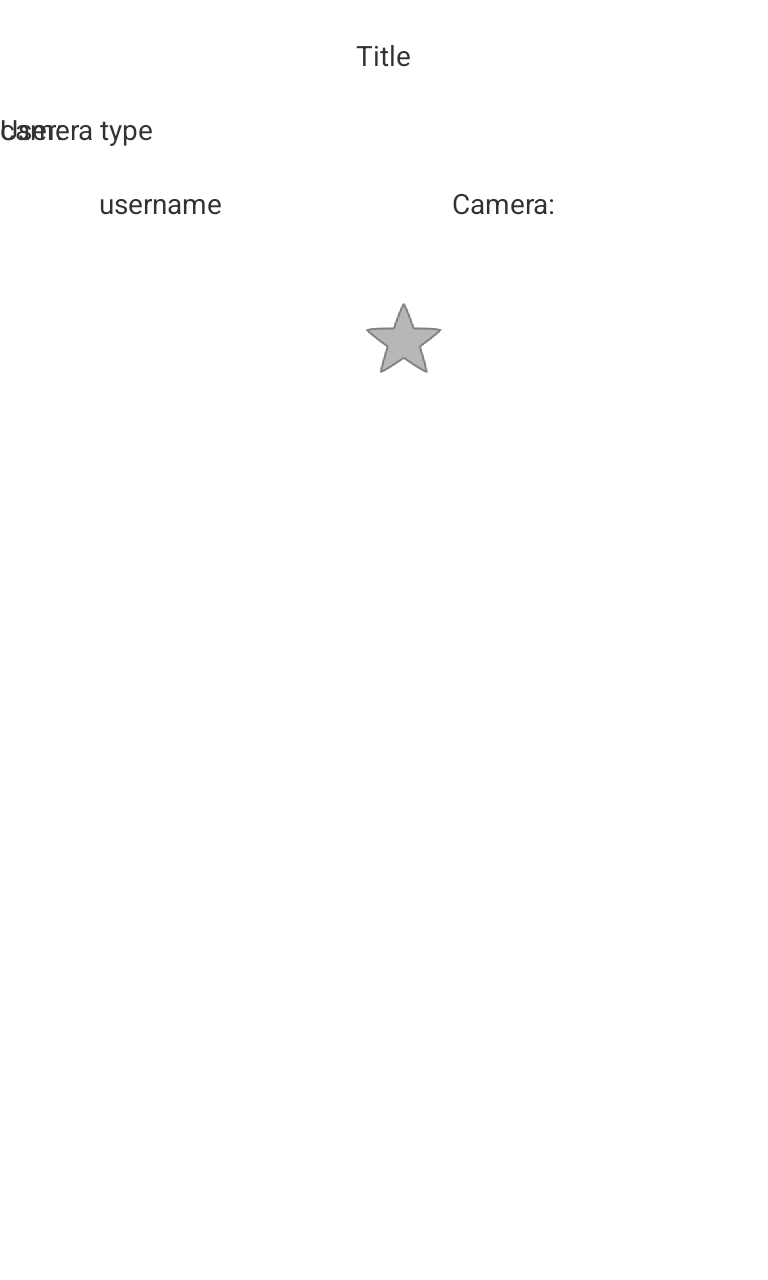
Repository: arianaantonio/Java2_Antonio
Layout: SpaceImageViewer/res/layout/details_activity.xml
These files come from the project's save history. The layout is drawn as it stood at one moment and after the next save; the edit follows.
It is drawn on a 768 x 1280 px phone screen (xhdpi) without system bars, with theme AppTheme; the app's code is not run.

Above is the layout before, as saved 2014-07-15 07:00:16.

After the next save:
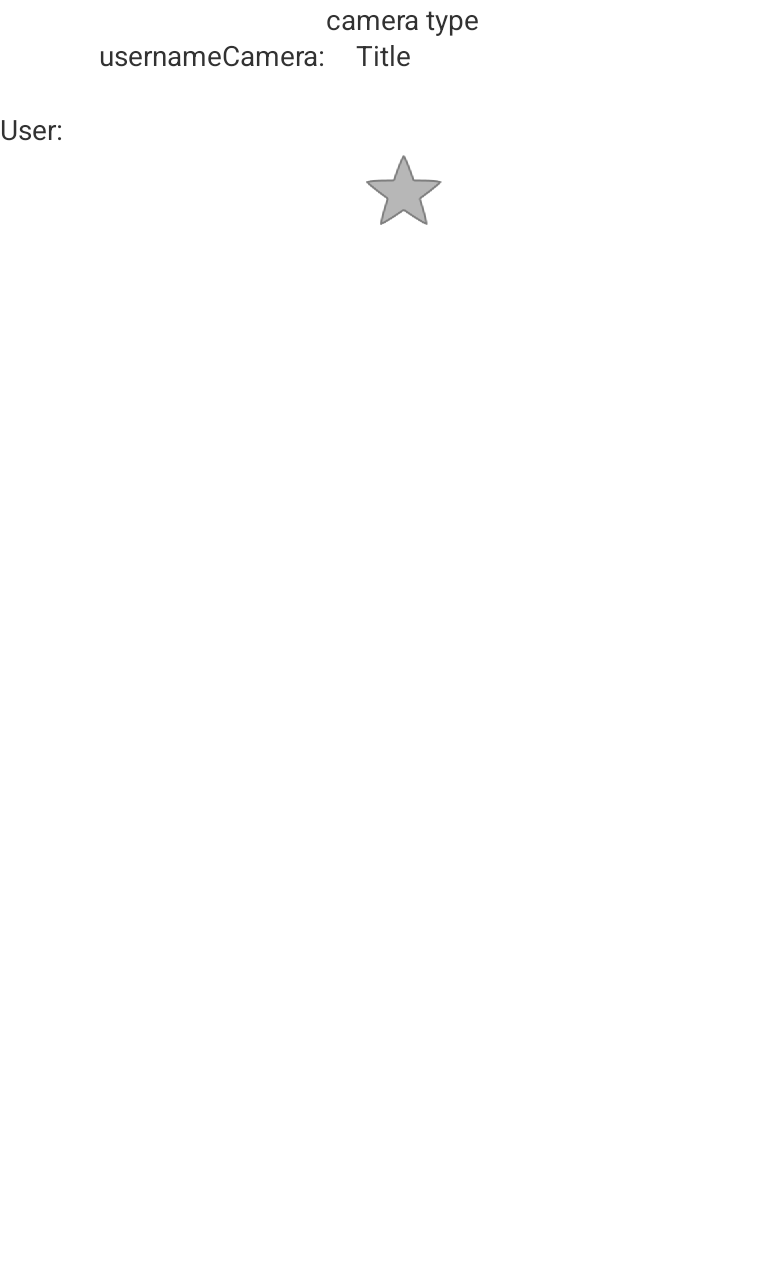
Saved 85 s later.
--- a/SpaceImageViewer/res/layout/details_activity.xml
+++ b/SpaceImageViewer/res/layout/details_activity.xml
@@ -25,15 +25,6 @@
         android:stepSize="1.0" />
 
     <TextView
-        android:id="@+id/cameraType"
-        android:layout_width="wrap_content"
-        android:layout_height="wrap_content"
-        android:layout_marginTop="18dp"
-        android:layout_alignBaseline="@+id/user"
-        android:layout_alignBottom="@+id/user"
-        android:text="camera type" />
-
-    <TextView
         android:id="@+id/user"
         android:layout_width="wrap_content"
         android:layout_height="wrap_content"
@@ -55,9 +46,16 @@
         android:id="@+id/camera"
         android:layout_width="wrap_content"
         android:layout_height="wrap_content"
-        android:layout_below="@+id/user"
         android:layout_marginTop="18dp"
-        android:layout_toRightOf="@+id/ratingBar"
+        android:layout_toRightOf="@+id/userName"
         android:text="Camera:" />
 
+    <TextView
+        android:id="@+id/cameraType"
+        android:layout_width="wrap_content"
+        android:layout_height="wrap_content"
+        android:layout_alignParentRight="true"
+        android:layout_toRightOf="@+id/camera"
+        android:text="camera type" />
+
 </RelativeLayout>
